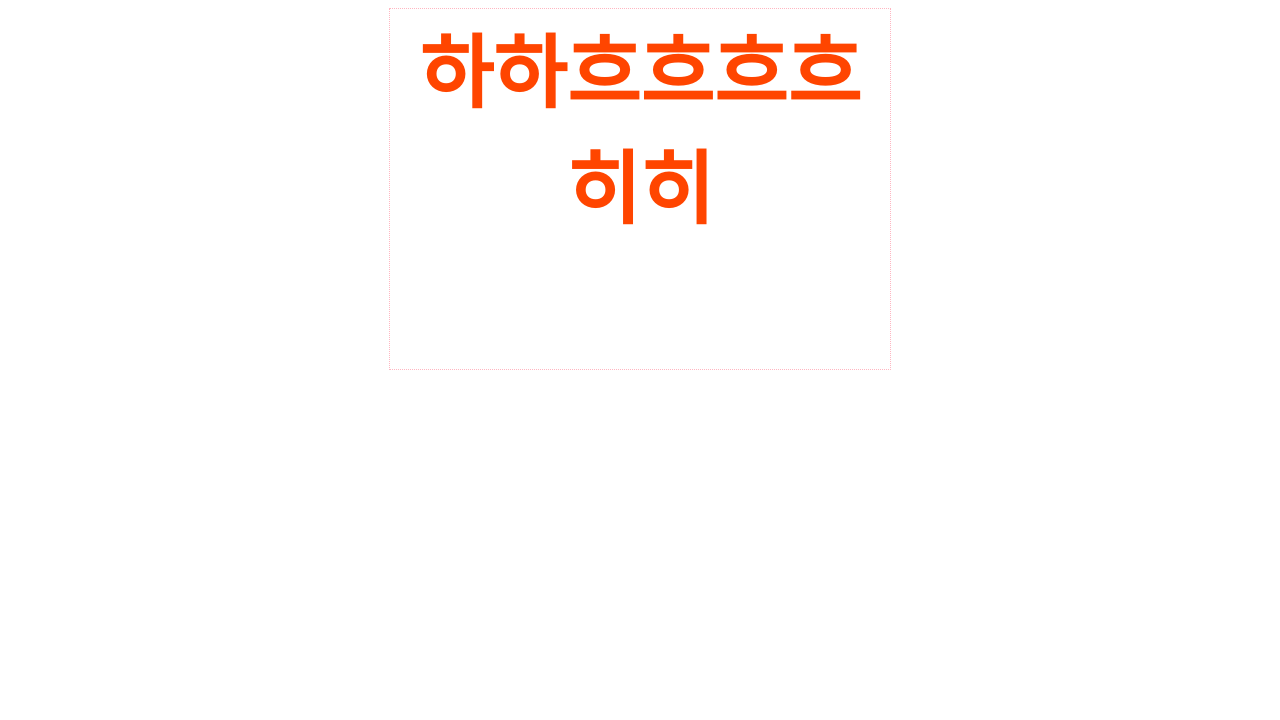
Repository: sehyeongrace/web-workspace
Page: BurgerKingProject/src/main/webapp/index.html
The author's editor kept a copy of each file at every save. The page is drawn from the files as they stood at one save, then again after the next save.
The browser window is 1280 px wide. The pictures show the whole page.

Above is the page before, as saved 2025-03-07 05:27:17.

### BurgerKingProject/src/main/webapp/index.html
<!DOCTYPE html>
<html>
<head>
<meta charset="UTF-8">
<title>Insert title here</title>
<style>
	h1{
		color:orangered;
		text-align:center;
		font-size:80px;
		width : 500px;
		height : 360px;
		border : 1px dotted lightpink;
		margin : auto;

	}
</style>
</head>
<body>
	<h1>하하흐흐흐흐히히</h1>

</body>
</html>

After the next save:
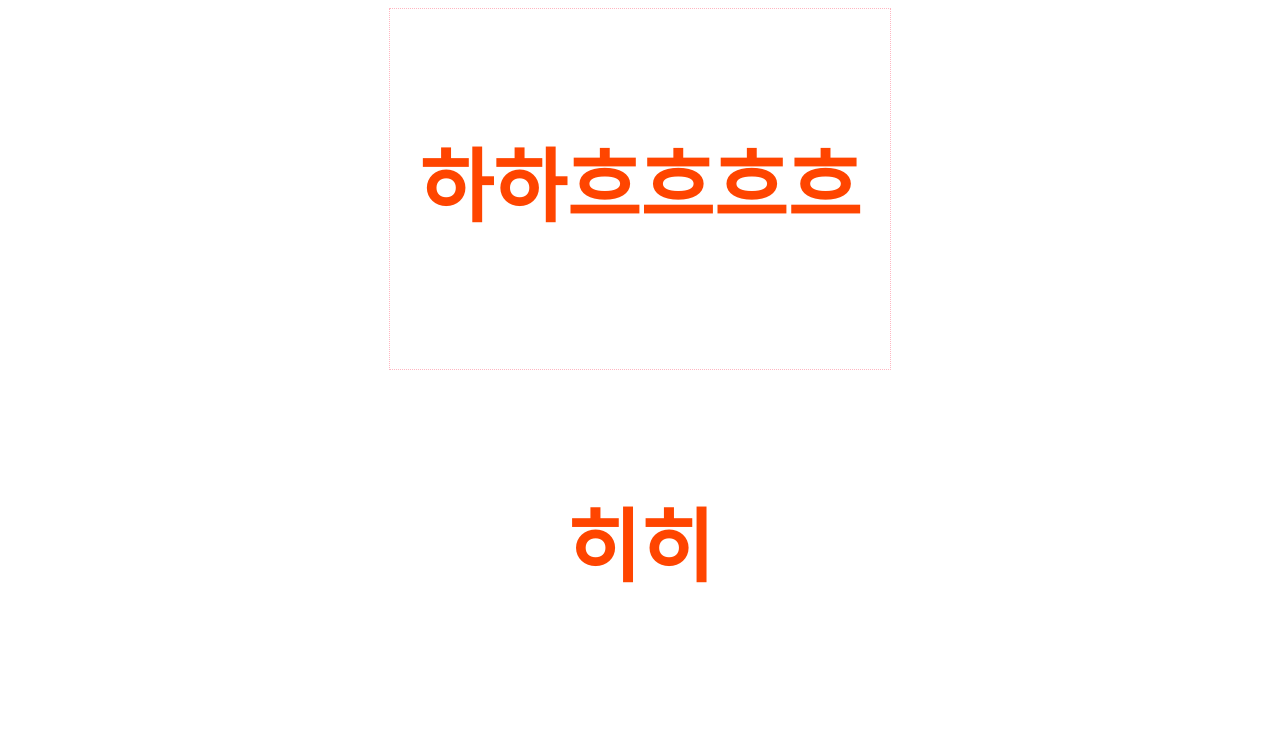
Saved 35 s later.
--- a/BurgerKingProject/src/main/webapp/index.html
+++ b/BurgerKingProject/src/main/webapp/index.html
@@ -12,7 +12,7 @@
 		height : 360px;
 		border : 1px dotted lightpink;
 		margin : auto;
-
+		line-height : 360px;
 	}
 </style>
 </head>
